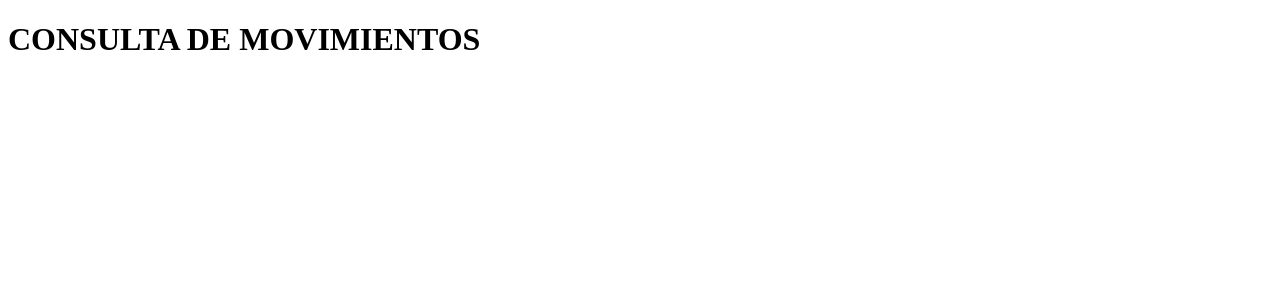
Repository: EmmanuelRamosBiado/JAVA-EE
Page: controljava/src/main/webapp/consulta.html
An editor plug-in stored every save of this project. The page is shown before and after the next save, followed by the edit.
The browser window is 1280 px wide. The pictures show the whole page.

Above is the page before, as saved 2023-02-06 12:27:49.

### controljava/src/main/webapp/consulta.html
<!DOCTYPE html>
<html>
<head>
<meta charset="UTF-8">
<title>CONSULTA DE MOVIMIENTOS</title>
</head>
<body>
<h1> CONSULTA DE MOVIMIENTOS</h1>
	<form>
		<label></label>
	</form>
</body>
</html>

After the next save:
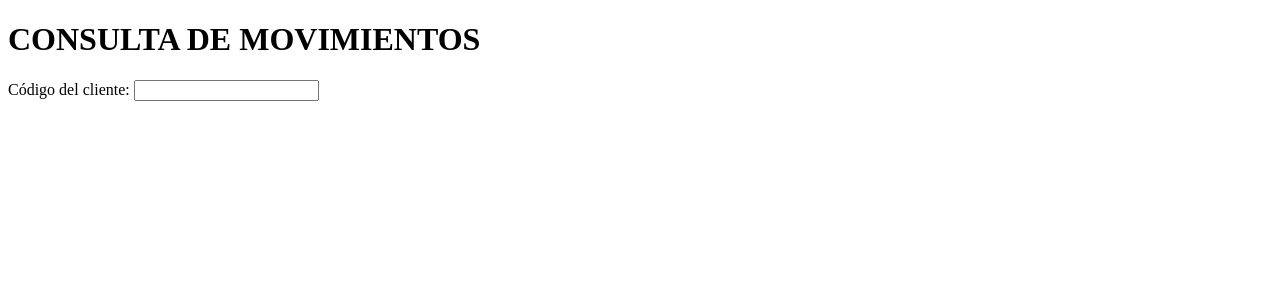
Saved 118 s later.
--- a/controljava/src/main/webapp/consulta.html
+++ b/controljava/src/main/webapp/consulta.html
@@ -7,7 +7,10 @@
 <body>
 <h1> CONSULTA DE MOVIMIENTOS</h1>
 	<form>
-		<label></label>
+		<label for="codCliente">Código del cliente: </label>
+		<input type="text" name="codCliente"><br>
+
+
 	</form>
 </body>
 </html>
